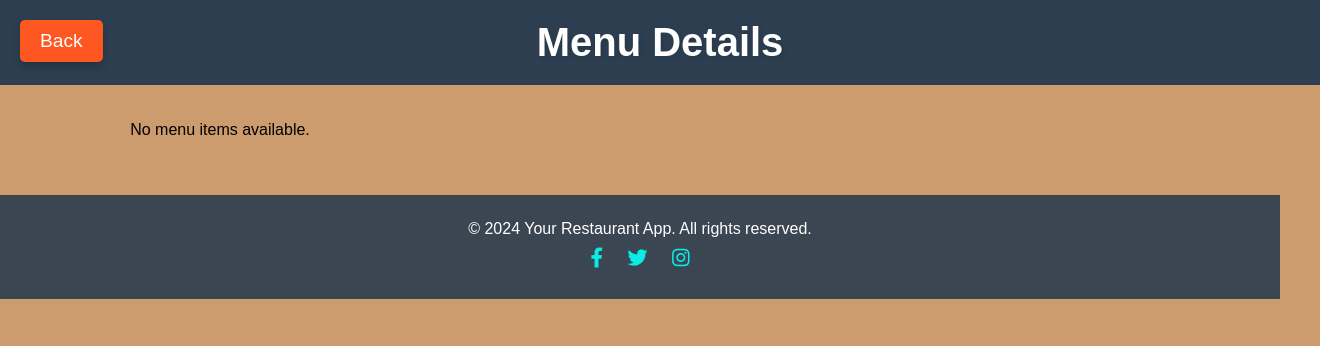
Repository: Masood395/Food-App
Page: http://localhost/FoodApp/getMenu.jsp
The author's editor kept a copy of each file at every save. The page is drawn from the files as they stood at one save, then again after the next save.
The browser window is 1280 px wide. The page is 1320 px wide, then 1312 px, then 1320 px, so the pictures cover 1320 px, including what lies to the right of the window. The pictures show the whole page.
The page is served by Tomcat 9.

Above is the page before, as saved 2024-11-10 19:10:49.

After the next save:
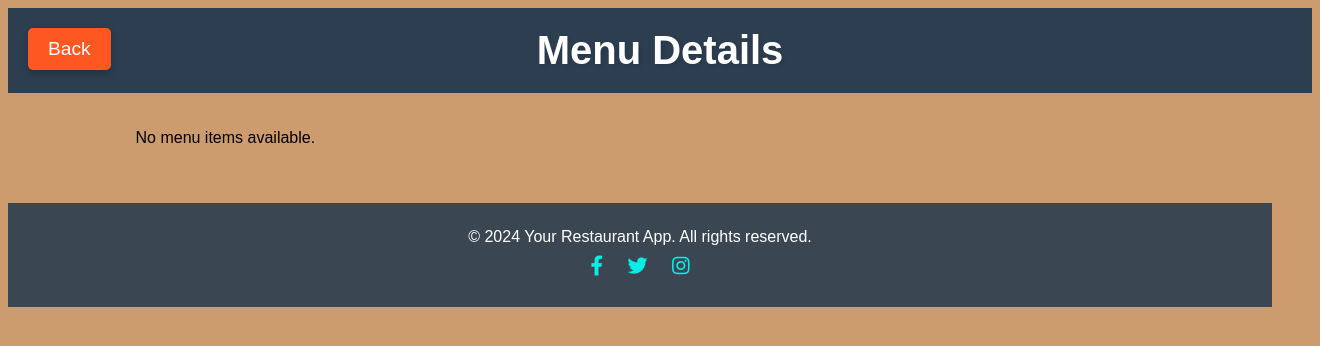
Saved 16 h 21 min later.
--- a/FoodApp/src/main/webapp/getMenu.jsp
+++ b/FoodApp/src/main/webapp/getMenu.jsp
@@ -13,7 +13,7 @@
         /* General Styling */
         body {
             font-family: 'Arial', sans-serif;
-            background-color: #cc9c6f;
+            background-color: #cc9c6f;y
             margin: 0;
             padding: 0;
             box-sizing: border-box;

After the save that followed:
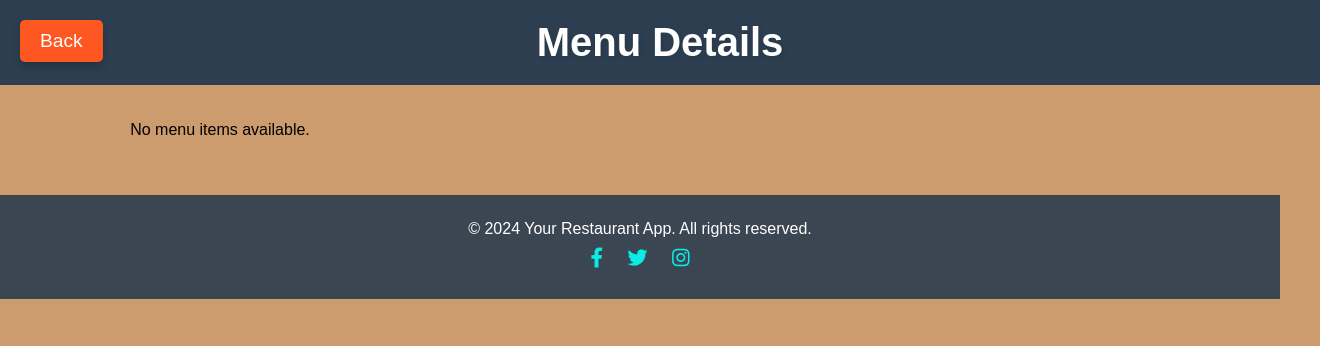
Saved 19 s later.
--- a/FoodApp/src/main/webapp/getMenu.jsp
+++ b/FoodApp/src/main/webapp/getMenu.jsp
@@ -13,7 +13,7 @@
         /* General Styling */
         body {
             font-family: 'Arial', sans-serif;
-            background-color: #cc9c6f;y
+            background-color: #cc9c6f;
             margin: 0;
             padding: 0;
             box-sizing: border-box;
